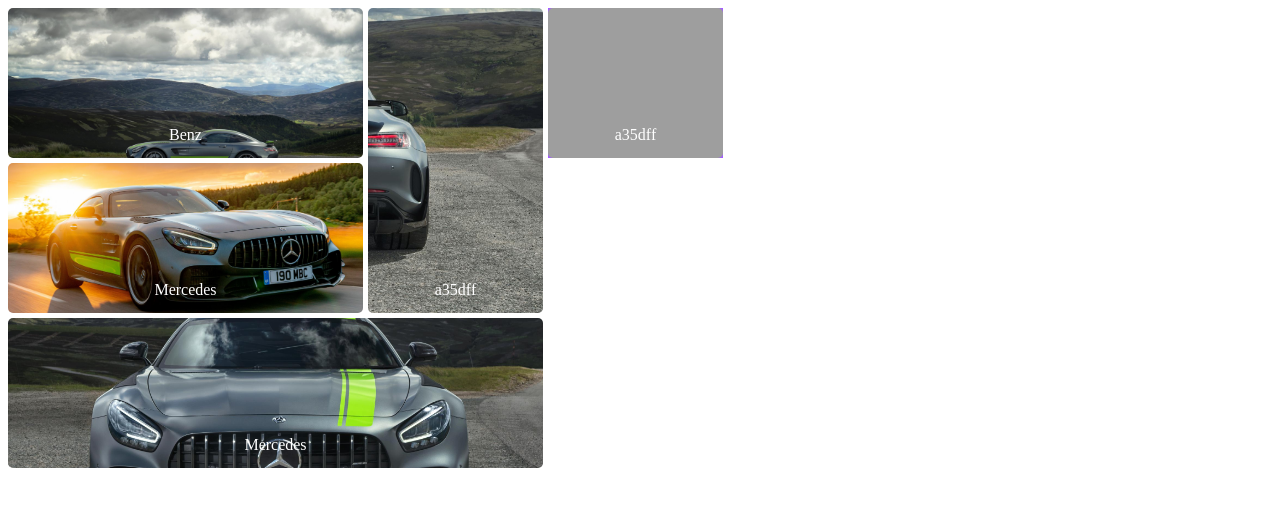
Repository: YoussefElsaygh/metrostyle
Page: index.html
The author's editor kept a copy of each file at every save. The page is drawn from the files as they stood at one save, then again after the next save.
The browser window is 1280 px wide. The pictures show the whole page.
Pictures or frames that could not be fetched are drawn as grey boxes.

Above is the page before, as saved 2019-12-16 04:25:30.

After the next save:
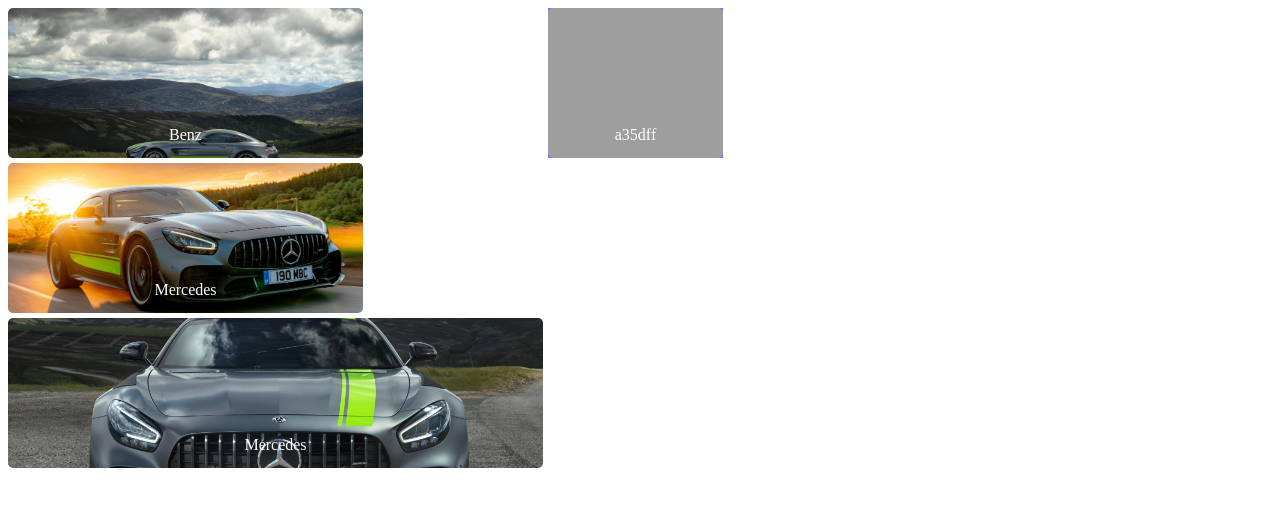
Saved 15 s later.
--- a/index.js
+++ b/index.js
@@ -54,7 +54,7 @@
             align:'vertical',
 
             data: {
-                imageSource:"./img/Mercedes/m4.jpg",
+                imageSource:"",
 
                 clickCallback: () => {
                     console.log("item clicked ");

After the save that followed:
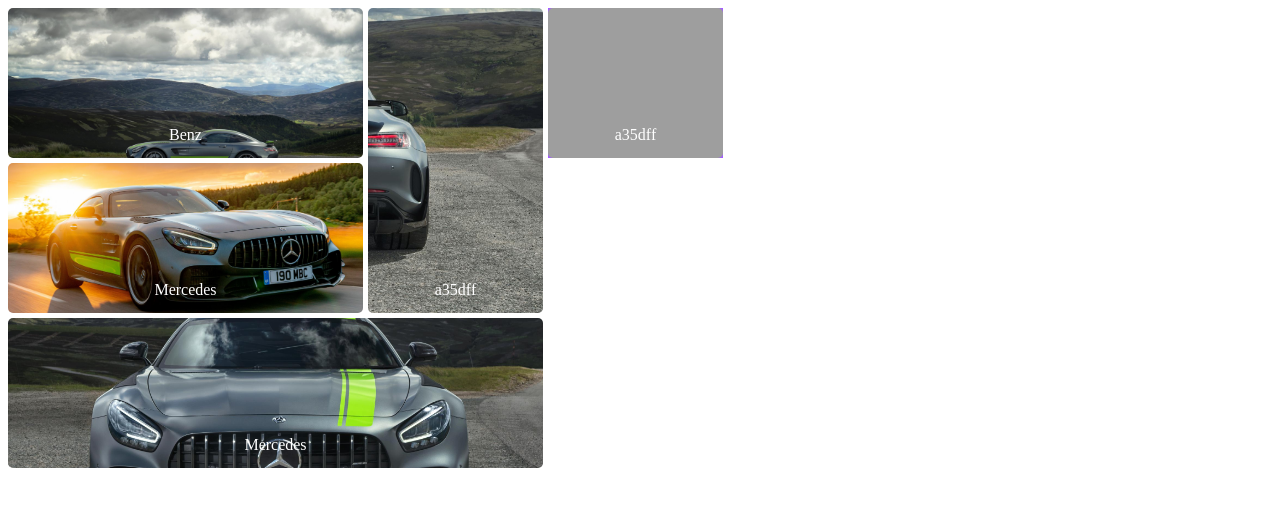
Saved 7 s later.
--- a/index.js
+++ b/index.js
@@ -54,7 +54,7 @@
             align:'vertical',
 
             data: {
-                imageSource:"",
+                imageSource:"./img/Mercedes/m4.jpg",
 
                 clickCallback: () => {
                     console.log("item clicked ");
